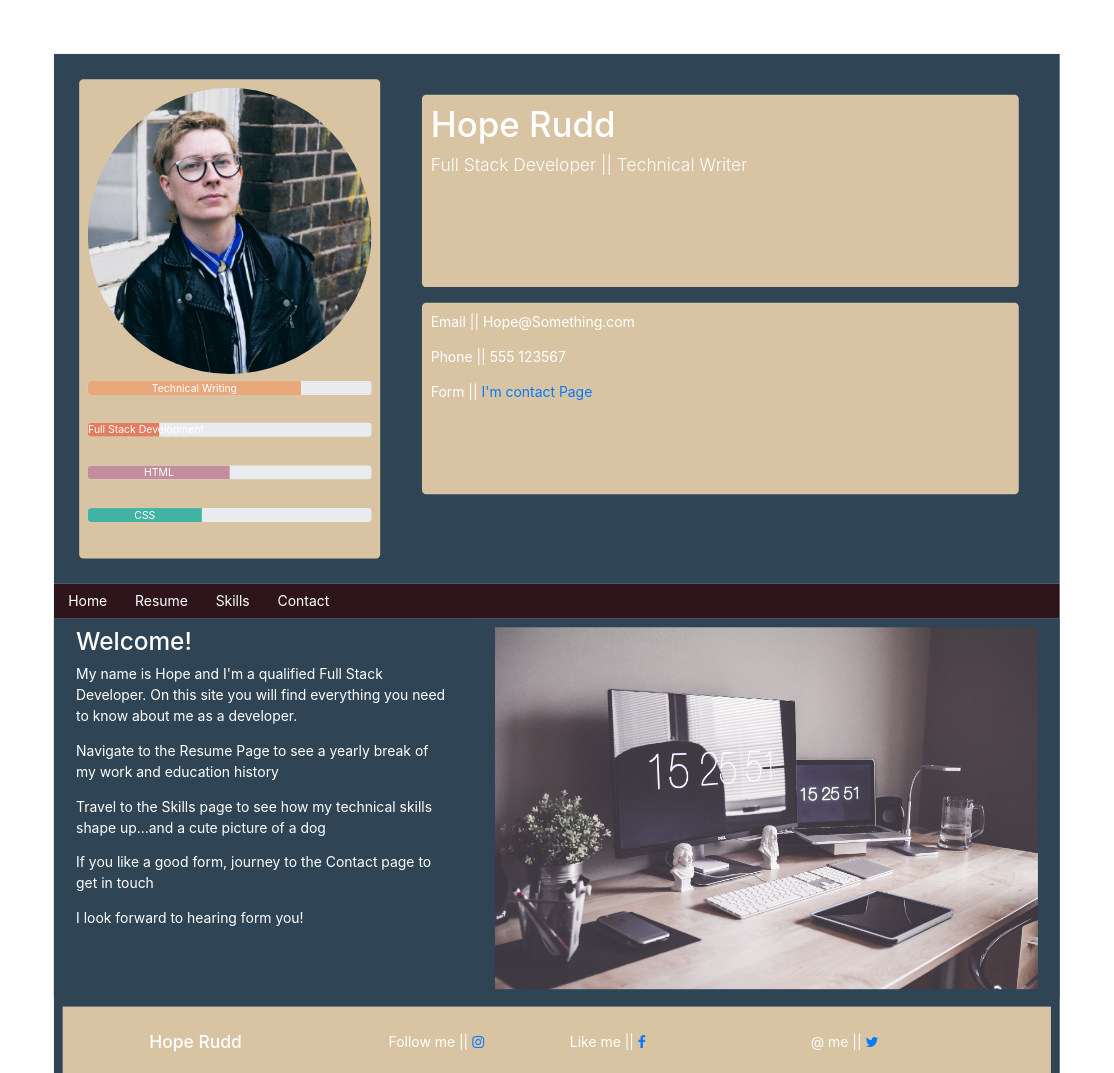
Repository: BleakTerrain/MilestoneProject-
Page: index.html
The author's editor kept a record of every edit. The page is drawn from the files as they stood at one moment, then again after the next edit.
The browser window is 1280 px wide. The pictures show the whole page, at 87% of full size.
Some web libraries are served in a nearby version.

Above is the page before.

### index.html
<html>

<head>
  <!-- Copied from UCB Resume code institue project -->

  <meta charset="UTF-8">
  <meta name="viewport" content="width=device-width, initial-scale=1.0">
  <meta http-equiv="X-UA-Compatible" content="ie=edge">
  <link rel="stylesheet" href="https://maxcdn.bootstrapcdn.com/bootstrap/4.2.1/css/bootstrap.min.css" type="text/css" />
  <link rel="stylesheet" href="https://maxcdn.bootstrapcdn.com/font-awesome/4.7.0/css/font-awesome.min.css" type="text/css" />
  <link rel="stylesheet" href="https://cdnjs.cloudflare.com/ajax/libs/hover.css/2.3.1/css/hover-min.css" type="text/css" />
  <link rel="stylesheet" href="assets/CSS/stylesheet.css" type="text/css" />
  <!-- Copied initial links end -->

  <title> Personal Portfolio</title>
</head>
<header>



</header>

<body>
<div class="intro-container">

 <!-------------------------Intro cards Started----------------------->
      <div class="row">
        <div class= "col-sm-4">
            <section class="jumbotron introtron">
          <img class="intro-image " src="BackgroundCodeInstitute.jpg" alt="Image not found">
           <div class="progress">
                <div class="progress-bar tech-writing " role="progressbar" aria-valuenow="40"
  aria-valuemin="0" aria-valuemax="100" style="width:75%">
  Technical Writing
  </div>
           </div>
            <div class="progress">
                <div class="progress-bar full-stack " role="progressbar" aria-valuenow="40"
  aria-valuemin="0" aria-valuemax="100" style="width:25%">
  Full Stack Development
  </div>
           </div>
             <div class="progress">
                <div class="progress-bar html" role="progressbar" aria-valuenow="40"
  aria-valuemin="0" aria-valuemax="100" style="width:50%">
  HTML
  </div>
           </div>
                <div class="progress">
                <div class="progress-bar css" role="progressbar" aria-valuenow="40"
  aria-valuemin="0" aria-valuemax="100" style="width: 40%">
  CSS
  </div>
           </div>
               </div>

               <div class="col-sm-8">
                 <div class="jumbotron name-card">
                <h1>Hope Rudd</h1>
                 <p class="lead ">Full Stack Developer || Technical Writer </p>
                 </div>

                  <section class= "jumbotron contact-card">
           <div class="row">
             <div class="col-sm-12">
            <p class="contact-info"> Email || Hope@Something.com</p>
            <p class="contact-info"> Phone || 555 123567</p>
            <p class="contact-info"> Form || <a href ="#">I'm contact Page</a></p>
              </div>

</section>
        </section>
        </div>

      </div>
    </div>

</div>
<!-------------------------------Intro cards finished-------------------------------->
<!-------------------------------Nav bar started-------------------------------->
<!-- inspired by example at https://www.w3schools.com/bootstrap4/bootstrap_navs.asp -->
<ul class = " nav navbar-default">
            <li class="nav-item">
              <a class="nav-link" href="#">Home</a>
            </li>
            <li class="nav-item">
              <a class="nav-link" href="#">Resume</a>
            </li>
            <li class="nav-item">
              <a class="nav-link" href="#">Skills</a>
            </li>
            <li class="nav-item">
              <a class="nav-link" href="#">Contact</a>
            </li>
          </ul>
<!-------------------------------Nav bar finished-------------------------------->
<!-------------------------------Bulk text started------------------------------->
    <section class="main-text container-fluid">
<div class="row">
  <div class="col-sm-5 main-text-box">
      <h3>Welcome!</h3> <i class="fas fa-door-open"></i>
      <p> My name is Hope and I'm a qualified Full Stack Developer. On this site you will find everything you need to know about me as a developer.</p>
      <p>Navigate to the Resume Page to see a yearly break of my work and education history</p>
      <p>Travel to the Skills page to see how my technical skills shape up...and a cute picture of a dog </p>
      <p>If you like a good form, journey to the Contact page to get in touch</p>
      <p> I look forward to hearing form you!</p>
  </div>
  <div class="col-sm-7 other-image-background">
<img class="other-image" src="DeskImage.jpg" alt="Image not found">
  </div>
</div>
    </section>
    </body>
<!-------------------------------Bulk text finished------------------------------->



<footer class="footer container-fluid">
<div class="row">
<div class="col-sm-3 footer-item">
  <h5>  Hope Rudd  </h5>
  </div>
  <div class="col-sm-3 footer-item">
      <p>Follow me || <a href = "#"> <i class="fa fa-instagram aria-hidden=true"></i></a></p>
  <span class = "sr-only">Instagram link</span>
  </div>
  <div class="col-sm-3 footer-item-facebook">
      <p> Like me || <a href = "#"> <i class="fa fa-facebook aria-hidden=true"></i></a></p>
  <span class = "sr-only">Facebook Link</span>
  </div>
    <div class="col-sm-3 footer-item-twitter">
      <p>@ me || <a href = "#"> <i class="fa fa-twitter aria-hidden=true"></i></a></p>
  <span class = "sr-only">Twitter Link</span>
  </div>
</footer>

</html>

### assets/CSS/stylesheet.css

/* Main background taken from bootstraps basics project*/
/* General theme inspiration from : https://visme.co/blog/website-color-schemes/ */

body, html {
  height: 100%;
  margin: 2.5%;
}
/* -----------------------------------Intro bar---------------*/

.intro-container
{
padding:2.5%;
background-color: #2f4454;
}
.jumbotron
{
  margin:2.5%;
 padding: 10px;
 text-align: center;
  background-color: #D8C3A3;
  color:#fff;

}
.jumbotron-header
{
  font-size:500%;

}

.introtron
{
  margin:0;
min-height: 40%;
}

.intro-image {
  padding-bottom: 2.5%;
    width: 100%;
    background-position: center;
    background-repeat: no-repeat;
    transition: all .5s ease-in-out;
    -moz-transition: all .5s ease-in-out;
    -webkit-transition: all .5s ease-in-out;
  border-radius: 50%;
  display:inline-block;
}

.contact-card
{

  text-align: left;
  height:40%;
}
.name-card
{
  text-align:left;
  font-size: x-large;
  height:40%;
}
/*-----------------------------SkillsBar-------------------*/
.skill-bars
{
 width: 100%;
 border: solid 10px #41B3A3 ;
 padding: 2.5%;
}
.progress
{
  margin-bottom:10%;
}
.full-stack
{
  background-color: #E27D60;
}
.tech-writing
{
  background-color: #e8a87c;
}
.html
{
  background-color: #C38D9E;
}
.css
{
  background-color: #41B3A3;
}
/*----------------------------------Nav-----------------------*/
/* There are nav-item classes per nav items because I had different plans - these got changed but I'm keeping them just incase */
.nav
{

  text-align: center;
  background-color: #2E151B;

}
.nav-link
{
  color:#fff;
}
.nav-link:hover
{
  background-color:#eed2dc ;
  color:#2E151B;
}
.nav-item-resume
{
  background-color: #D8C3A3;
}
.nav-item-skills
{
  background-color: #D8C3A3;
}
.nav-item-contact
{
  background-color: #D8C3A3;
}
/*-----------------------------Main-Text-------------------*/
.main-text
{
  background-color: #2f4454;
}

.main-text-box
{
  border: solid 10px #2f4454;
  background-color: #2f4454;
  color: #fff;
}
.other-image-background
{
border: solid 10px #2f4454;
 margin:0;
}
.other-image {

width: 100%;
  display:block;

}

.resume-main-text
{
  color:#2E151B;
  background-color:#fbf7f5 ;
  border: solid 10px #2f4454;
  padding:2.5% ;
}

.resume-image
{
  max-height: 50%;
   margin-top: 2.5%;
    padding-bottom: 2.5%;
    width: 100%;
    background-repeat: no-repeat;
  display:inline-block;
}


/*-----------------------------Timeline-------------------*/
/*-- Influenced by http://www.prepbootstrap.com/bootstrap-template/timeline ---*/
.timeline {
  list-style: none;
  padding: 10px 0 10px;
  position: relative;

}
.timeline:before {
  top: 0;
  bottom: 0;
  position: absolute;
  content: " ";
  width: 3px;
  background-color: #2f4454 ;
  left: 10px;
  margin-left:-2px;
}
.timeline-item {
  margin-bottom: 10px;
  position: relative;
}

.timeline-item:before
.timeline-item:after {
  content: " ";
  display: table;
}

 .timeline-panel {
   background-color: #2f4454;
   color:#fff;
  width: 90%;
  float: center;
  border: 1px solid #d4d4d4;
  border-radius: 10px;
  padding: 10px;
  position: relative;
  margin-left: 35px;
}
.timeline-panel:before {
  position: absolute;
  display: block;
}
.timeline-panel:after {
  position: absolute;
  display: block;
}
 .timeline-badge {
  color:#2f4454 ;
  font-size: 30px;
  line-height: 25px;
  text-align: center;
  position: absolute;
  top: 16px;
  left: -7px;

}

/*------------------------------Footer---------------------*/
.footer
{ background-color: #D8C3A3;
color:#fff;
padding: 2.5%;
border: solid 10px #2f4454 ;
}
.footer-item
{
  text-align: center;
}
/*------------------------------MediaQueries-----------------*/

@media (max-width: 573)
{
  .name-card
{
height: 100%;
background-color: #E85a4f;
}


.contact-card
{
height: 100%;
background-color: #E98074;
}
}
.other-image
{
  height:100%;

}

After the next edit:
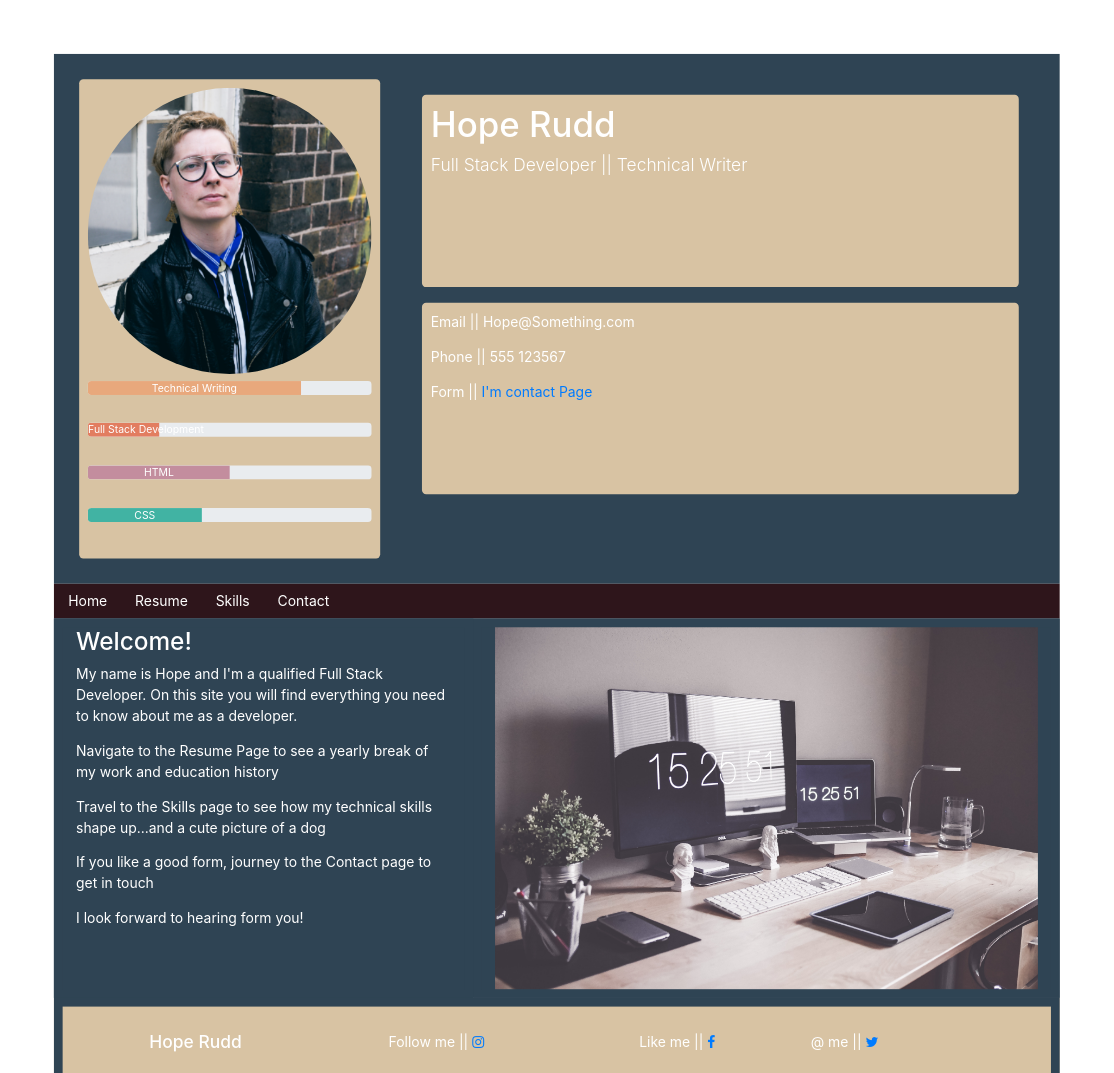
The edit:
--- a/index.html
+++ b/index.html
@@ -124,7 +124,7 @@
       <p>Follow me || <a href = "#"> <i class="fa fa-instagram aria-hidden=true"></i></a></p>
   <span class = "sr-only">Instagram link</span>
   </div>
-  <div class="col-sm-3 footer-item-facebook">
+  <div class="col-sm-3 footer-item">
       <p> Like me || <a href = "#"> <i class="fa fa-facebook aria-hidden=true"></i></a></p>
   <span class = "sr-only">Facebook Link</span>
   </div>
